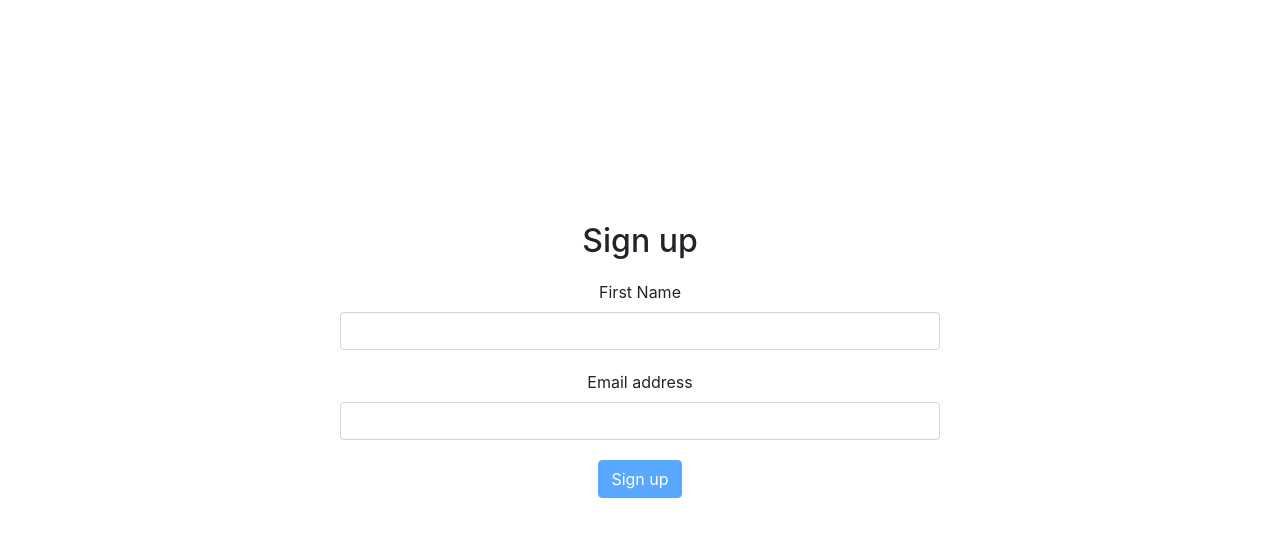
Repository: jklodge/react-form
Page: / (app in adzuna-form/)
An editor plug-in stored every save of this project. The page is shown before and after the next save, followed by the edit.
The browser window is 1280 px wide. The pictures show the whole page.
The project was rebuilt for these pictures with package versions that can differ from the ones it lists, and the page was loaded fresh each time.

Above is the page before, as saved 2020-01-08 23:09:21.

After the next save:
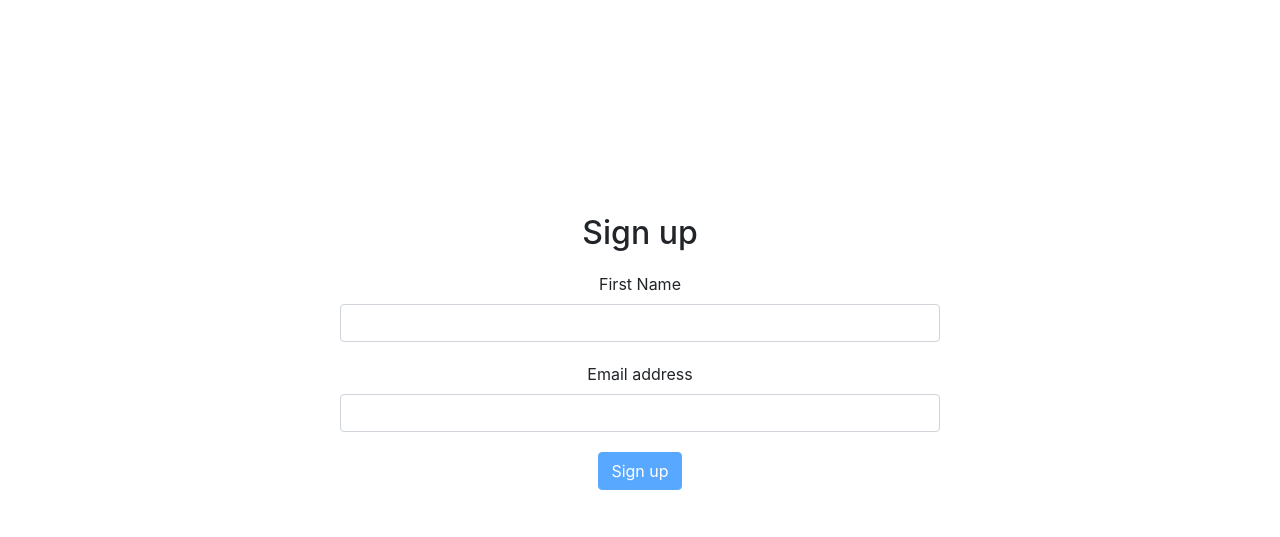
Saved 49 s later.
--- a/adzuna-form/src/Components/Form.js
+++ b/adzuna-form/src/Components/Form.js
@@ -104,9 +104,9 @@ class Form extends Component {
             Sign up
           </button>
         </form>
-        <span className="panel panel-default">
+        <p className="panel panel-default">
           <ErrorValidation errorValidation={this.state.errorValidation} />
-        </span>
+        </p>
       </div>
     );
   }
